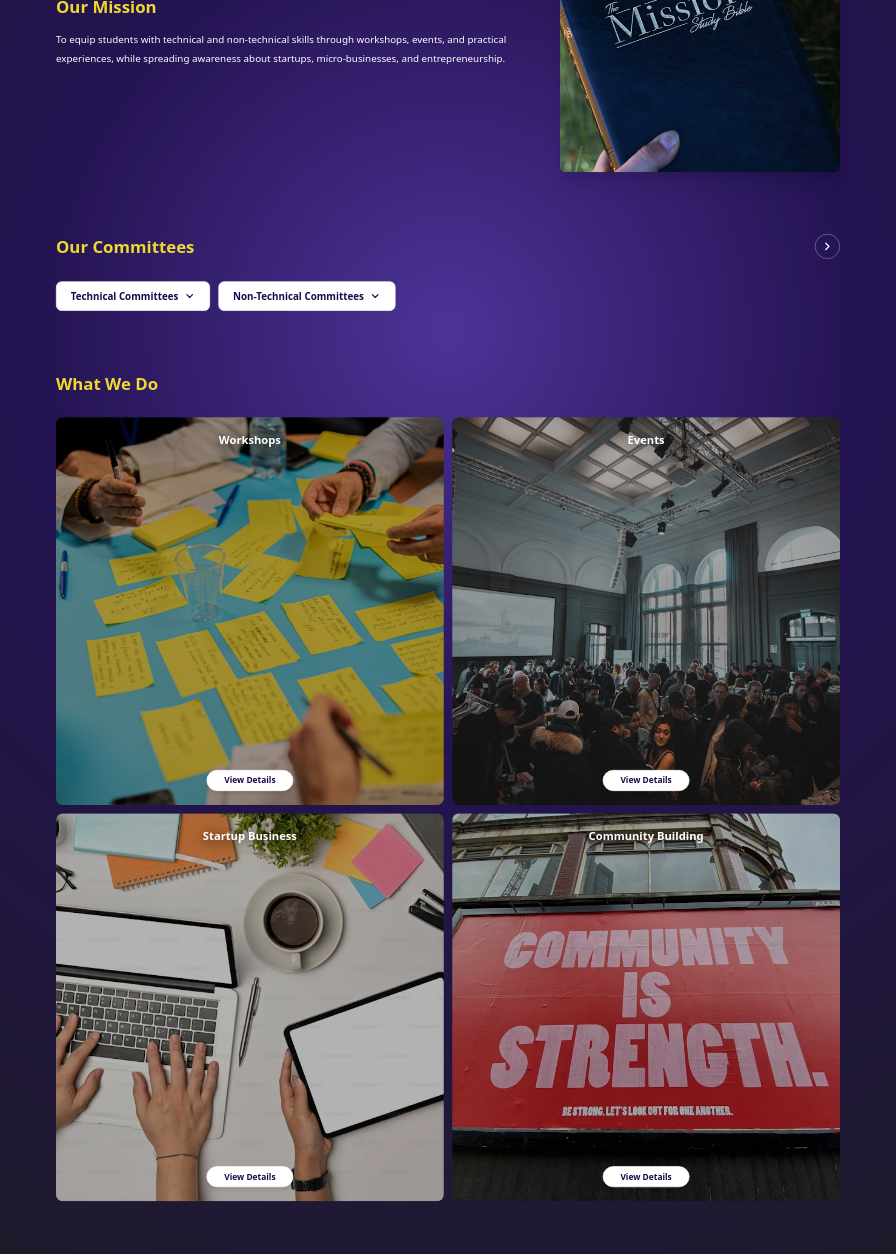
Repository: Frontend-Committee/StarUnion-Website
Page: /about
An editor plug-in stored every save of this project. The page is shown before and after the next save, followed by the edit.
The browser window is 1280 px wide. The pictures show the part of the page from y = 850 to 2770 px (the page is 2642 px tall before and 2770 px after), at 70% of full size.
The project was rebuilt for these pictures with package versions that can differ from the ones it lists, and the page was loaded fresh each time. Also part of the build but not shown: vite.config.js, src/components/common/Navbar.jsx, src/components/common/Footer.jsx, src/features/home/pages/HomePage.jsx.

Above is the page before, as saved 2026-02-25 14:15:19.

### index.html
<!doctype html>
<html lang="en">
  <head>
    <meta charset="UTF-8" />
    <meta name="viewport" content="width=device-width, initial-scale=1.0" />
    <title>star-union</title>
  </head>
  <body>
    <div id="root"></div>
    <script type="module" src="/src/main.jsx"></script>
  </body>
</html>

### src/App.jsx
import { BrowserRouter } from "react-router-dom";
import "./App.css";
import AppRoutes from "./routes";

function App() {
  return (
    <BrowserRouter>
      <AppRoutes />
    </BrowserRouter>
  );
}

export default App;

### src/App.css
@tailwind base;
@tailwind components;
@tailwind utilities;

.container {
  @apply max-w-6xl px-4 py-3 mx-auto;
}

/* Activity card image zoom on hover */
.group:hover .activity-card-img {
  transform: scale(1.06);
}

### src/routes/index.jsx
import { Route, Routes } from "react-router-dom";
import MainLayout from "../layouts/MainLayout";

// Pages
import AboutUsPage from "../features/about/pages/AboutUsPage";
import HomePage from "../features/home/pages/HomePage";

export default function AppRoutes() {
  return (
    <Routes>
      <Route element={<MainLayout />}>
        <Route path="/" element={<HomePage />} />
        <Route path="/about" element={<AboutUsPage />} />
      </Route>
    </Routes>
  );
}

### src/layouts/MainLayout.jsx
import { Outlet } from "react-router-dom";
import Navbar from "../components/common/Navbar";
import Footer from "../components/common/Footer";

export default function MainLayout() {
  return (
    <div className="flex flex-col min-h-screen">
      {/* <Navbar /> */}
      <main className="flex-1">
        <Outlet />
      </main>
      {/* <Footer /> */}
    </div>
  );
}

### src/features/about/pages/AboutUsPage.jsx
import { useState } from "react";
import AboutHero from "../../../assets/images/AboutHero.jpg";
import CommunityImage from "../../../assets/images/Community.jpg";
import EventsImage from "../../../assets/images/Events.jpg";
import MissonImage from "../../../assets/images/Misson.jpg";
import StartupImage from "../../../assets/images/StartupBusiness.jpg";
import WorkshopsImage from "../../../assets/images/Workshops.jpg";

// ─── Inline SVGs ──────────────────────────────────────────────────────────────
function IconChevronDown({ open }) {
  return (
    <svg
      width="16"
      height="16"
      viewBox="0 0 24 24"
      fill="none"
      stroke="currentColor"
      strokeWidth="2.5"
      strokeLinecap="round"
      strokeLinejoin="round"
      className={`transition-transform duration-300 ease-in-out ${
        open ? "rotate-180" : "rotate-0"
      }`}
    >
      <polyline points="6 9 12 15 18 9" />
    </svg>
  );
}

function IconChevronRight() {
  return (
    <svg
      width="18"
      height="18"
      viewBox="0 0 24 24"
      fill="none"
      stroke="currentColor"
      strokeWidth="2.5"
      strokeLinecap="round"
      strokeLinejoin="round"
    >
      <polyline points="9 18 15 12 9 6" />
    </svg>
  );
}

// ─── 4-pointed star logo ──────────────────────────────────────────────────────
function StarLogo() {
  return (
    <svg
      width="110"
      height="110"
      viewBox="0 0 120 120"
      fill="none"
      xmlns="http://www.w3.org/2000/svg"
      className="drop-shadow-[0_0_22px_rgba(255,255,255,0.55)]"
    >
      <path
        d="M60 4 L67 53 L116 60 L67 67 L60 116 L53 67 L4 60 L53 53 Z"
        fill="white"
      />
    </svg>
  );
}

// ─── Committee Dropdown ───────────────────────────────────────────────────────
function CommitteeDropdown({ label, items }) {
  const [open, setOpen] = useState(false);

  return (
    <div className="relative inline-block">
    <button
  onClick={() => setOpen((o) => !o)}
  className="flex items-center gap-2 px-5 py-2.5 border border-white rounded-lg bg-white text-[#1a0a4b] text-sm font-semibold cursor-pointer hover:bg-white/90 transition-colors duration-200"
>
  {label}
  <IconChevronDown open={open} />
</button>

      {open && (
        <div className="absolute top-[calc(100%+8px)] left-0 min-w-[220px] bg-[rgba(36,19,82,0.97)] border border-white/18 rounded-xl shadow-lg overflow-hidden z-50">
          {items.map((item) => (
            <button
              key={item}
              className="block w-full text-left px-4 py-2.5 text-xs text-white/78 bg-transparent border-none cursor-pointer hover:bg-white/9 transition-colors duration-150"
            >
              {item}
            </button>
          ))}
        </div>
      )}
    </div>
  );
}

// ─── Activity Card ────────────────────────────────────────────────────────────
function ActivityCard({ image, title }) {
  return (
    <div className="relative overflow-hidden rounded-[10px] aspect-square cursor-pointer group">
      <img
        src={image}
        alt={title}
        className="absolute inset-0 w-full h-full object-cover transition-transform duration-500 ease-out group-hover:scale-105"
      />
      <div className="absolute inset-0 bg-black/30" />
      <div className="absolute inset-0 flex flex-col items-center justify-between py-5 px-4">
        <h3 className="text-white font-bold text-base text-center drop-shadow-[0_2px_8px_rgba(0,0,0,0.8)]">
          {title}
        </h3>
        <button className="px-6 py-1.5 text-xs font-semibold text-[#1a0a4b] bg-white border border-white rounded-full hover:bg-white/90 transition-colors duration-200 shadow-md">
          View Details
        </button>
      </div>
    </div>
  );
}

// ════════════════════════════════════════════════════════════════════════════════
//  ABOUT US PAGE
// ════════════════════════════════════════════════════════════════════════════════
export default function AboutUsPage() {
  const technicalCommittees = [
    "Frontend Committee",
    "Backend Committee",
    "AI & Data Committee",
    "Cybersecurity Committee",
    "Mobile Development",
  ];

  const nonTechnicalCommittees = [
    "Media & Design Committee",
    "Marketing Committee",
    "HR Committee",
    "Finance Committee",
    "PR & Communications",
  ];

  const activities = [
    { image: WorkshopsImage, title: "Workshops" },
    { image: EventsImage, title: "Events" },
    { image: StartupImage, title: "Startup Business" },
    { image: CommunityImage, title: "Community Building" },
  ];

  return (
    <div className="w-full overflow-x-hidden bg-[radial-gradient(circle_at_center,_#4D3398_0%,_#241352_40%,_#1E1A2B_100%)]">
      {/* ══════════════════════════════════════════════════════════════════════
          1. HERO — Background 3 gradient
      ══════════════════════════════════════════════════════════════════════ */}
      <section
        className="relative w-full min-h-[340px] flex flex-col items-center justify-center overflow-hidden bg-cover bg-center bg-no-repeat"
        style={{ backgroundImage: `url(${AboutHero})` }}
      >
        {/* Green glow orb — top right */}
        {/* <div
          style={{
            position: "absolute",
            top: 0,
            right: 0,
            width: "280px",
            height: "280px",
            borderRadius: "9999px",
            background:
              "radial-gradient(circle, rgba(17,237,164,0.45) 0%, transparent 70%)",
            transform: "translate(35%, -35%)",
            filter: "blur(40px)",
            pointerEvents: "none",
          }}
        /> */}

        {/* Purple glow orb — bottom left */}
      </section>

      {/* ══════════════════════════════════════════════════════════════════════
          2. WHO WE ARE
      ══════════════════════════════════════════════════════════════════════ */}
      <section className="py-16">
        <div className="container">
          <h2 className="text-tertiary text-2xl font-semibold mb-4">
            Who We Are
          </h2>
          <p className="text-white text-sm leading-loose mb-3">
            S.T.A.R Union is a student activity founded on September 8, 2023,
            with a strong belief that every student has the potential to build,
            innovate, and grow.
          </p>
          <p className="text-white  text-sm leading-loose">
            We focus on empowering students—especially in technology and
            computer science—by providing hands-on experiences, real-world
            exposure, and a supportive environment that bridges the gap between
            learning and practice.
          </p>
        </div>
      </section>

      {/* ══════════════════════════════════════════════════════════════════════
          3. OUR MISSION — image right
      ══════════════════════════════════════════════════════════════════════ */}
      <section className="py-12 pb-16">
        <div className="container flex flex-wrap items-center gap-12">
          <div className="flex-1 min-w-[300px]">
            <h2 className="text-2xl font-semibold text-tertiary mb-4">
              Our Mission
            </h2>
            <p className="text-white  text-sm leading-loose">
              To equip students with technical and non-technical skills through
              workshops, events, and practical experiences, while spreading
              awareness about startups, micro-businesses, and entrepreneurship.
            </p>
          </div>

          {/* Image */}
          <div className="flex-shrink-0">
            <img
              src={MissonImage}
              alt="Our Mission"
              className="w-full max-w-[400px] rounded-lg object-cover aspect-square shadow-xl"
            />
          </div>
        </div>
      </section>

      {/* ══════════════════════════════════════════════════════════════════════
          4. OUR COMMITTEES — Background 3 gradient
      ══════════════════════════════════════════════════════════════════════ */}
      <section className=" ">
        <div className="container">
          {/* Header row */}
          <div className="flex items-center justify-between mb-8">
            <h2 className="text-tertiary text-2xl font-semibold m-0">
              Our Committees
            </h2>

            <button
              className="flex items-center justify-center w-9 h-9 rounded-full border border-white/40 bg-white/6 text-white cursor-pointer hover:bg-white/14 transition-colors duration-200"
              aria-label="Browse committees"
            >
              <IconChevronRight />
            </button>
          </div>

          {/* Dropdown buttons */}
          <div className="flex flex-wrap gap-3">
            <CommitteeDropdown
              label="Technical Committees"
              items={technicalCommittees}
            />
            <CommitteeDropdown
              label="Non-Technical Committees"
              items={nonTechnicalCommittees}
            />
          </div>
        </div>
      </section>

      {/* ══════════════════════════════════════════════════════════════════════
          5. WHAT WE DO — dark + 2×2 grid
      ══════════════════════════════════════════════════════════════════════ */}
    <section className="w-full py-16">
  <div className="container">
    <h2 className="text-tertiary text-2xl font-semibold mb-8">What We Do</h2>
    <div className="grid grid-cols-2 gap-3 ">
      {activities.map((act) => (
        <ActivityCard key={act.title} image={act.image} title={act.title} />
      ))}
    </div>
  </div>
</section>
    </div>
  );
}

### tailwind.config.js
/** @type {import('tailwindcss').Config} */
module.exports = {
  content: ["./index.html", "./src/**/*.{js,jsx,ts,tsx}"],

  theme: {
    container: {
      center: true,
      padding: {
        DEFAULT: "16px", // mobile side margins
        lg: "24px", // desktop side margins
      },
    },

    extend: {
      colors: {
        primary: "#7441FF",
        secondary: "#11EDA4",
        tertiary: "#EFD830",

        background: "#FFFFFF",
        text: "#111111",
        textInvert: "#FFFFFF",

        muted: "#E1D6FF",
        card: "#FFFFFF",
        cardSoft: "#C8B5FC",

        success: "#12B76A",
        warning: "#F59E0B",
        error: "#EF4444",

        bg31: "#241352",
        bg32: "#4D3398",
        bg33: "#1E1A2B",
      },

      backgroundImage: {
        gradientBg3:
          "radial-gradient(circle at top, #241352 0%, #4D3398 45%, #1E1A2B 100%)",
        gradientFooter: "linear-gradient(135deg, #E1D6FF 0%, #7441FF 100%)",
        gradientBrand:
          "linear-gradient(135deg, #7441FF 0%, #11EDA4 50%, #EFD830 100%)",
      },

      // typography
      fontSize: {
        h1: ["44px", { lineHeight: "1.1", fontWeight: "800" }],
        h2: ["32px", { lineHeight: "1.15", fontWeight: "800" }],
        h3: ["24px", { lineHeight: "1.2", fontWeight: "800" }],
        h4: ["20px", { lineHeight: "1.25", fontWeight: "800" }],
        body: ["16px", { lineHeight: "1.6", fontWeight: "800" }],
        caption: ["14px", { lineHeight: "1.4", fontWeight: "800" }],
        micro: ["12px", { lineHeight: "1.35", fontWeight: "800" }],
      },

      /*
       Spacing tokens
       */
      spacing: {
        1: "4px",
        2: "8px",
        3: "12px",
        4: "16px",
        6: "24px",
        8: "32px",
        12: "48px",
        16: "64px",
      },

      /*
       Section spacing helpers
       */
      margin: {
        "section-sm": "24px",
        "section-md": "32px",
        "section-lg": "48px",
        "section-xl": "64px",
      },
      padding: {
        "section-sm": "24px",
        "section-md": "32px",
        "section-lg": "48px",
        "section-xl": "64px",
      },

      boxShadow: {
        soft: "0 4px 10px rgba(0,0,0,0.1)",
      },

      borderRadius: {
        card: "16px",
      },
    },
  },

  plugins: [],
};

Loaded but not shown: src/main.jsx (common file)

After the next save:
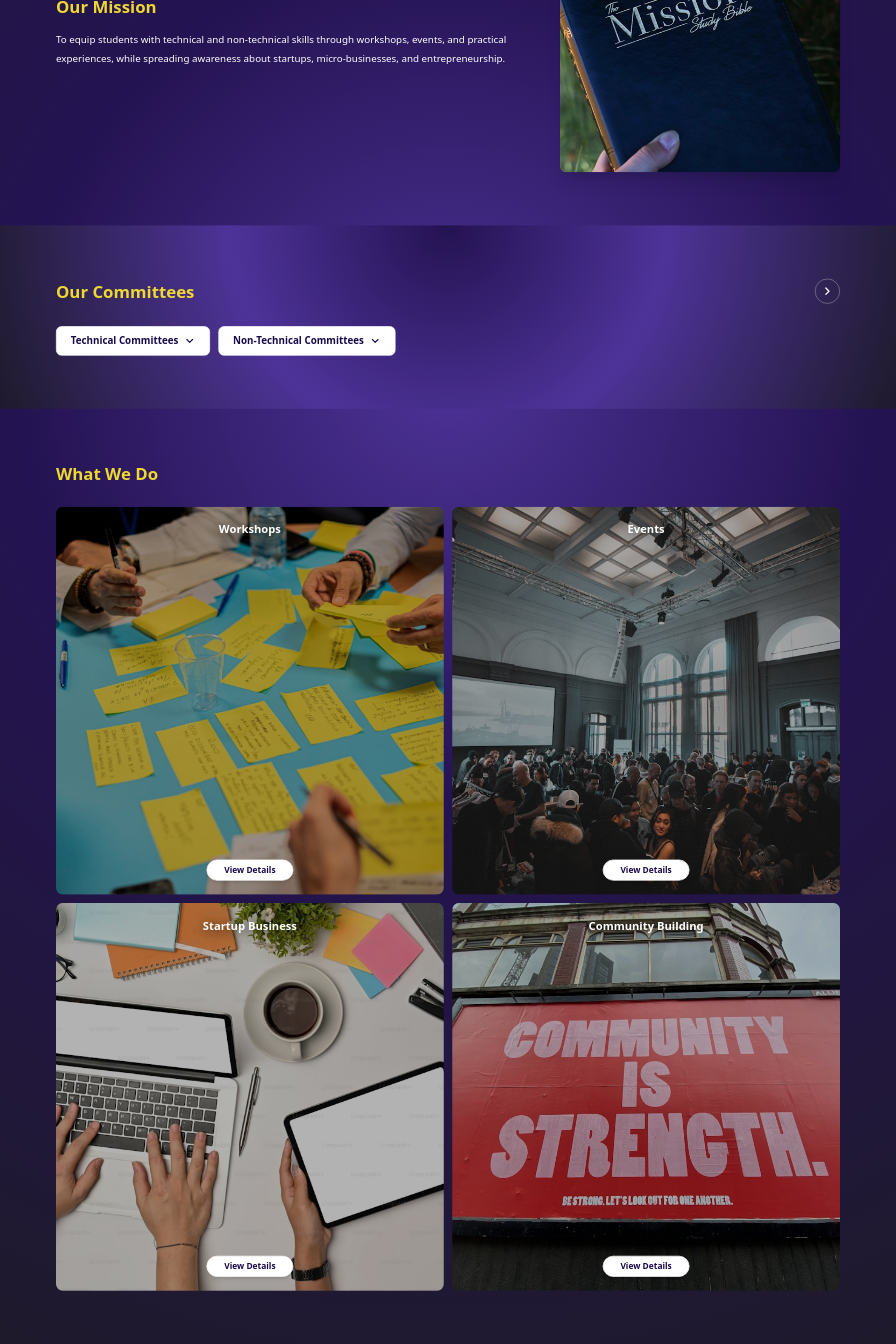
Saved 8 s later.
--- a/src/features/about/pages/AboutUsPage.jsx
+++ b/src/features/about/pages/AboutUsPage.jsx
@@ -223,7 +223,7 @@ export default function AboutUsPage() {
       {/* ══════════════════════════════════════════════════════════════════════
           4. OUR COMMITTEES — Background 3 gradient
       ══════════════════════════════════════════════════════════════════════ */}
-      <section className=" ">
+      <section className="relative w-full py-16 overflow-hidden bg-[radial-gradient(circle_at_top,_#241352_0%,_#4D3398_45%,_#1E1A2B_100%)]">
         <div className="container">
           {/* Header row */}
           <div className="flex items-center justify-between mb-8">
